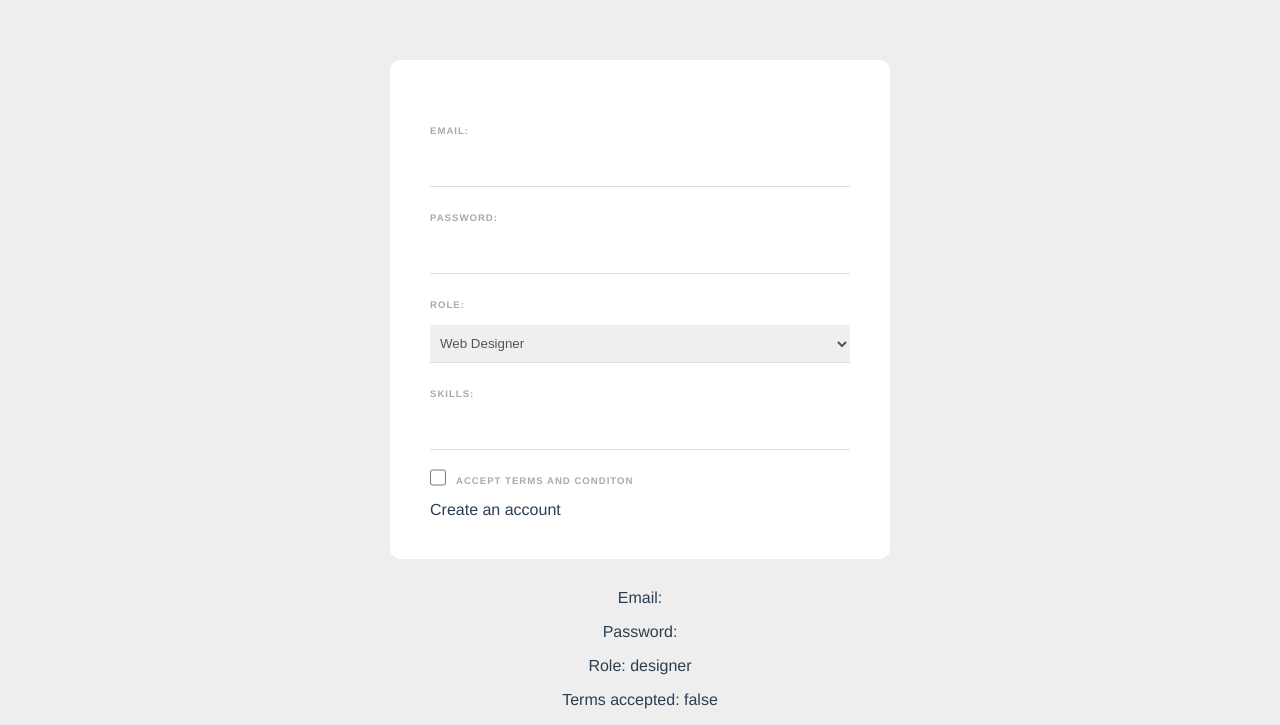
Repository: pin-seavmuy/Vue-Js
Page: /
The author's editor kept a copy of each file at every save. The page is drawn from the files as they stood at one save, then again after a run of saves.
The browser window is 1280 px wide. The pictures show the whole page.
The project was rebuilt for these pictures with package versions that can differ from the ones it lists, and the page was loaded fresh each time. Also part of the build but not shown: vue.config.js.

Above is the page before, as saved 2023-11-16 23:42:56.

### src/App.vue
<template>
  <SignupForm/>
</template>

<script>
import SignupForm from './components/SignupForm.vue'

export default {
  name: 'App',
  components: {
    SignupForm
  }
}
</script>

<style>
#app {
  font-family: Avenir, Helvetica, Arial, sans-serif;
  -webkit-font-smoothing: antialiased;
  -moz-osx-font-smoothing: grayscale;
  text-align: center;
  color: #2c3e50;
  margin-top: 60px;
}
body{
  margin: 0;
  background: #eee;

}
</style>

### src/components/SignupForm.vue
<template>
  <form>
    <label>Email:</label>
    <input type="email" required v-model="email">

    <label>Password:</label>
    <input type="password" required v-model="password">

        <label>Role:</label>
        <select v-model="role">
            <option value="developer">Web Developer</option>
            <option value="designer">Web Designer</option>
        </select>

        <label>Skills:</label>
        <input type="text" v-model="tempSkill" @keyup.alt="addSkill">
        <div v-for="skill in skills" :key="skill" class="pill">
            <span @click="deleteSkill(skill)"> {{ skill}}</span>
        </div>

        <div class="terms">
            <input type="checkbox" required v-model="terms">
            <label>Accept terms and conditon</label>
        </div>

        <div class="submit">
            Create an account
        </div>

        <!-- <div>
            <input type="checkbox" value="shaun" v-model="names">
            <label>Shaun</label>
        </div>
        <div>
            <input type="checkbox" value="yoshi" v-model="names">
            <label>Yoshi</label>
        </div>
        <div>
            <input type="checkbox" value="mario" v-model="names">
            <label>Mario</label>
        </div> -->
  </form>

  <p>Email: {{ email }}</p>
  <p>Password: {{ password }}</p>
  <p>Role: {{ role}}</p>
  <p>Terms accepted: {{terms}}</p>
  <!-- <p>Names: {{names}}</p> -->
</template>

<script>
export default {
    data(){
        return{
            email: '',
            password: '',
            role: 'designer',
            terms: false,
            // names: [],
            tempSkill: [],
            skills: []
        }
    },
    components: [],
    methods: {
        addSkill(e){
            // console.log(e)
            if (e.key === ',' && this.tempSkill){
                if (!this.skills.includes(this.tempSkill)){
                    this.skills.push(this.tempSkill)
                }
                this.tempSkill = ''
            }
        },
        deleteSkill(skill){
            this.skills = this.skills.filter((item) => {
                return skill !== item
            })
        }
    }
}
</script>

<style>
    form{
        max-width: 420px;
        margin: 30px auto;
        background: #fff;
        text-align: left;
        padding: 40px;
        border-radius: 10px;
    }
    label{
        color: #aaa;
        display: flex;
        margin: 25px 0 15px;
        font-size: 0.6em;
        text-transform: uppercase;
        letter-spacing: 1px;
        font-weight: bold;
    }
    input, select{
        display: block;
        padding: 10px 6px;
        width: 100%;
        box-sizing: border-box;
        border: none;
        border-bottom: 1px solid #ddd;
        color: #555;
    }
    input[type="checkbox"]{
        display: inline-block;
        width: 16px;
        margin: 0 10px 0 0;
        position: relative;
        top: 2px;
    }
    .terms{
        display: flex
    }
    .pill{
        display: inline-block;
        margin: 20px 10px 0 0;
        padding: 6px 12px;
        background: #eee;
        border-radius: 20px;
        font-size: 12px;
        letter-spacing: 1px;
        font-weight: bold;
        color: #777;
        cursor: pointer;
    }
</style>

Loaded but not shown: public/index.html (common file); src/main.js (common file)

After the next 3 saves:
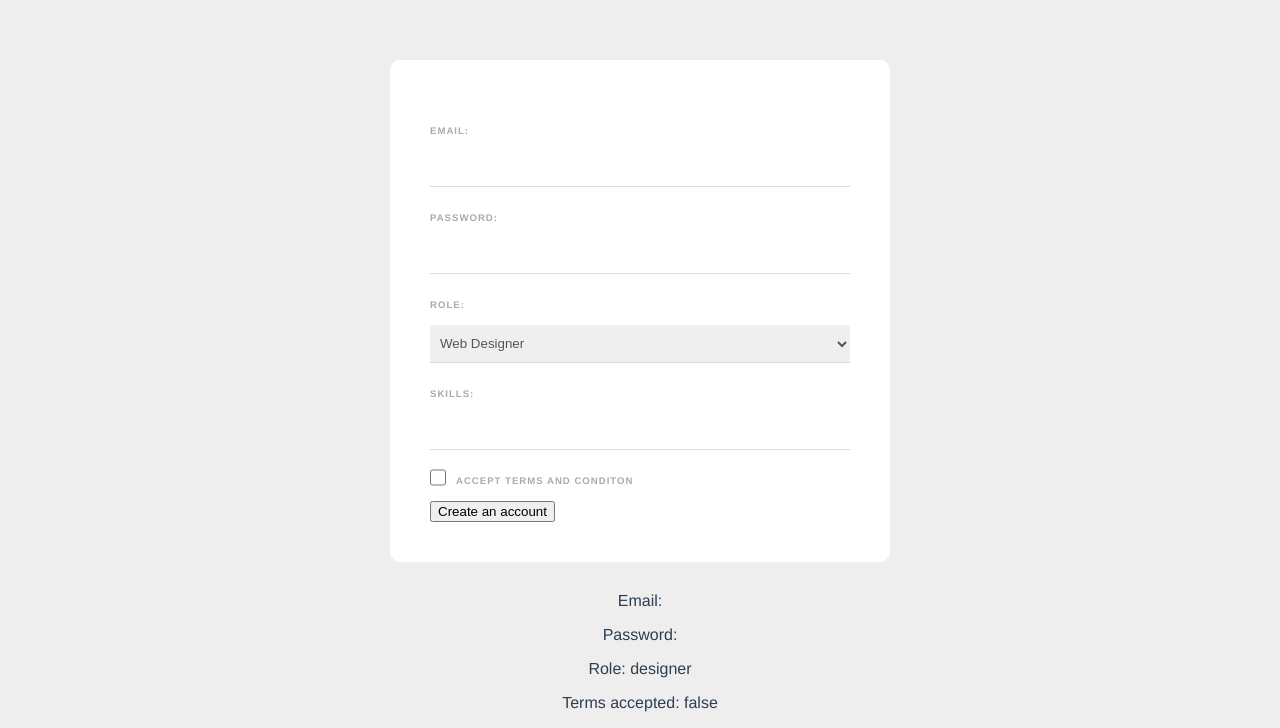
The 3 saves are shown as one change because they came seconds apart.
The last was saved 12 s later.
--- a/src/components/SignupForm.vue
+++ b/src/components/SignupForm.vue
@@ -24,7 +24,7 @@
         </div>
 
         <div class="submit">
-            Create an account
+            <button>Create an account</button>
         </div>
 
         <!-- <div>
